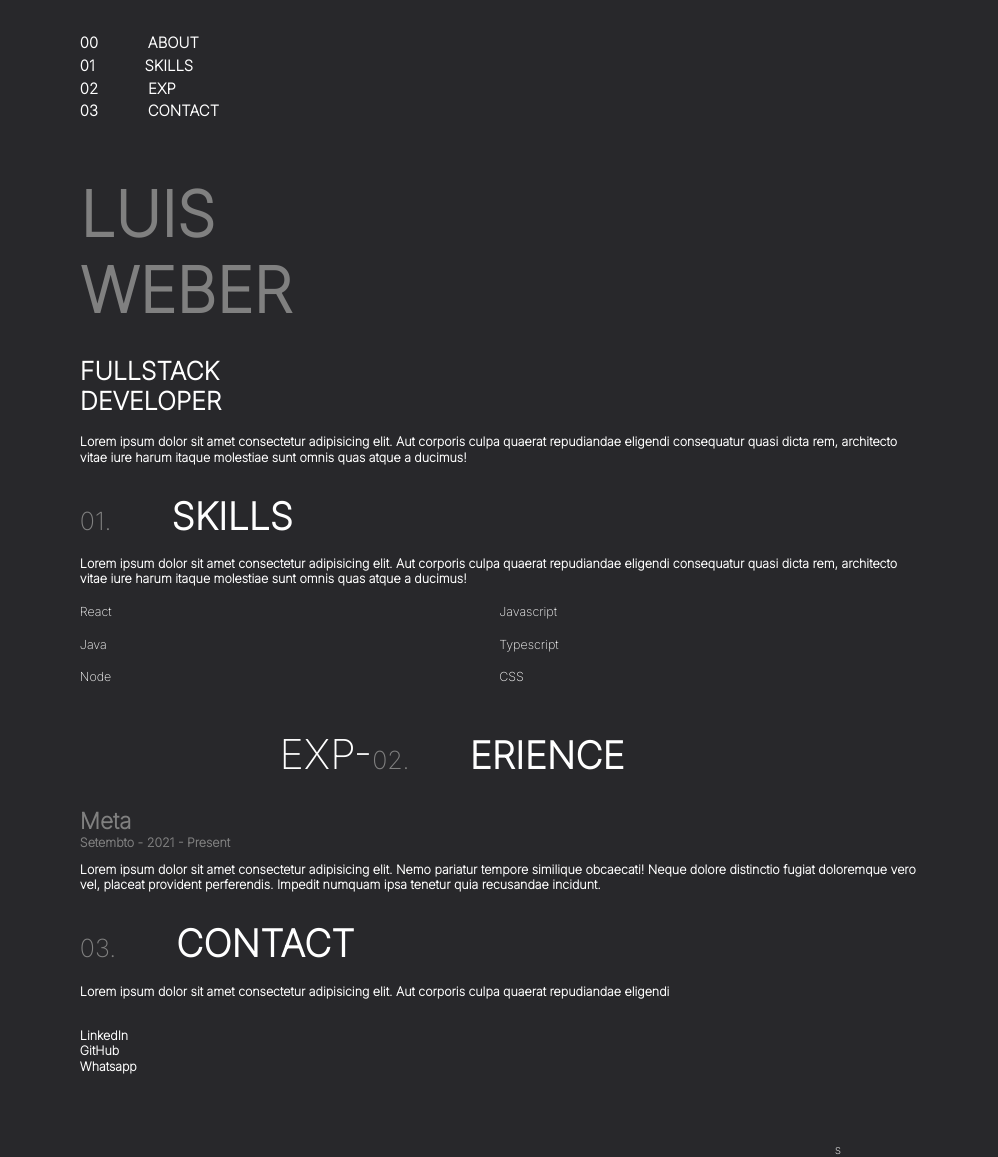
Repository: luiswh1/Portfolio
Page: /
An editor plug-in stored every save of this project. The page is shown before and after the next save, followed by the edit.
The browser window is 1280 px wide. The pictures show the whole page, at 78% of full size.
The project was rebuilt for these pictures with package versions that can differ from the ones it lists, and the page was loaded fresh each time.

Above is the page before, as saved 2023-05-28 18:17:26.

After the next save:
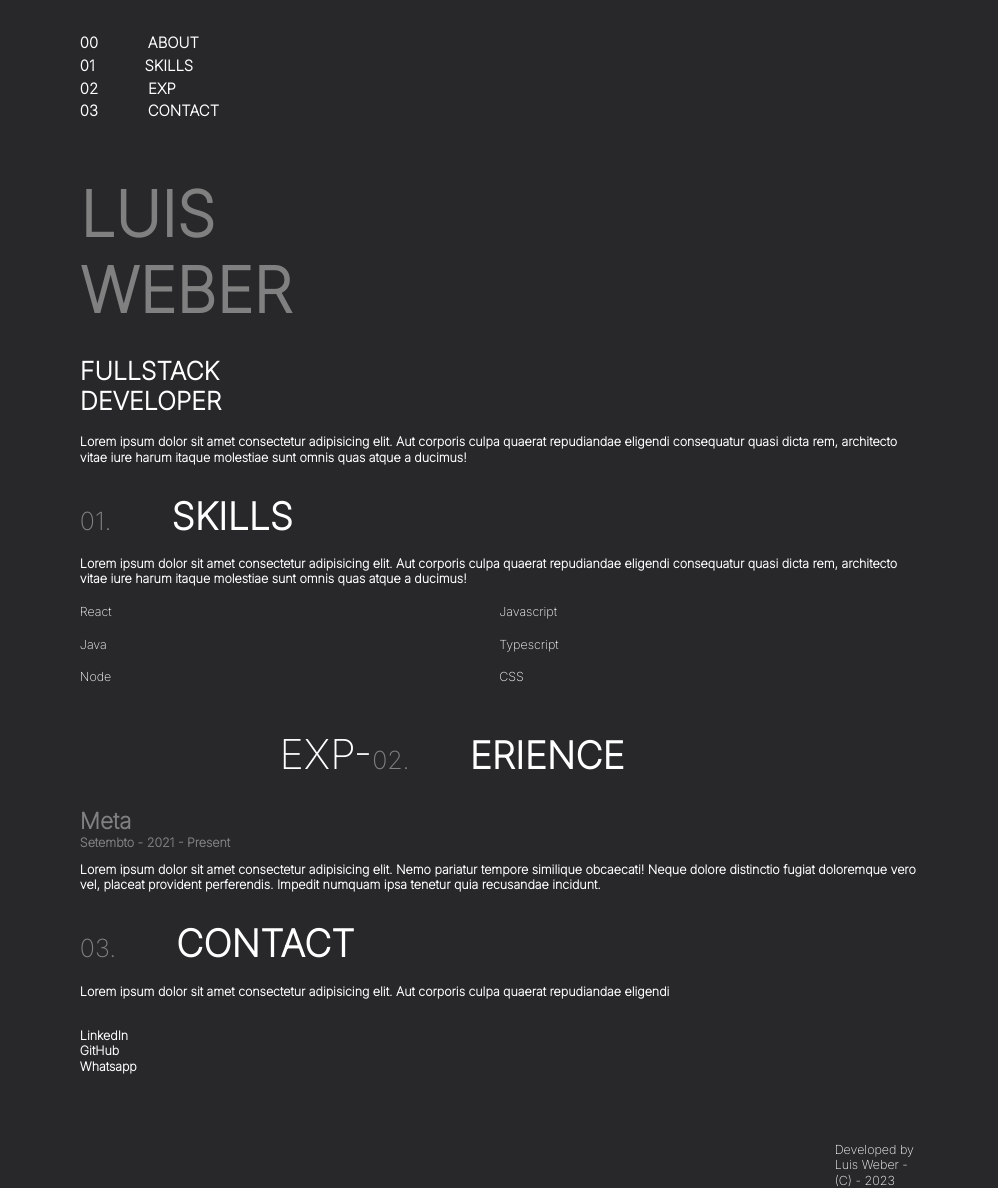
Saved 92 s later.
--- a/src/Pages/Home.tsx
+++ b/src/Pages/Home.tsx
@@ -102,7 +102,9 @@ const Home = () => {
         </SectionContacts>
 
       <FooterSection>
-        s
+        <span>Developed by Luis Weber - (C) - 2023</span>
+        <span></span>
+        <span></span>
       </FooterSection>
 
       </InnerContainer>
